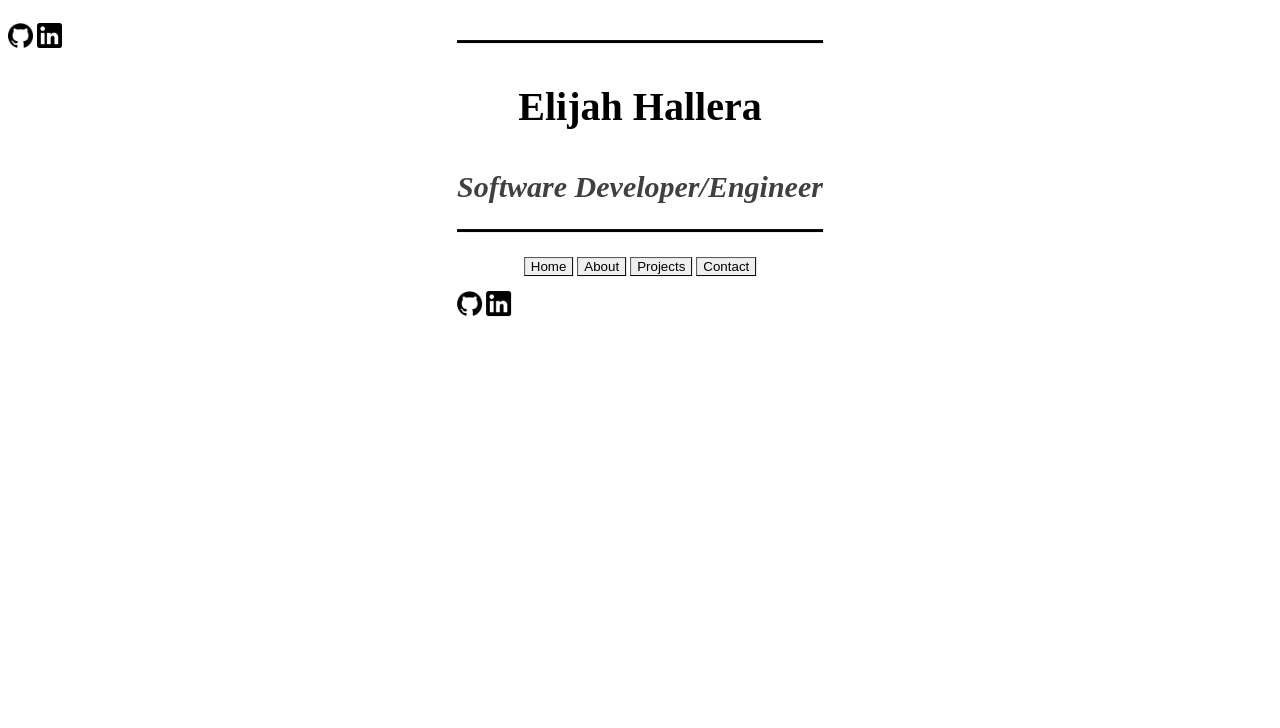
Repository: ElijahHallera/ElijahHallera.github.io
Page: http://localhost/
The author's editor kept a record of every edit. The page is drawn from the files as they stood at one moment, then again after the next edit.
The browser window is 1280 px wide. The pictures show the whole page.
The page is served by the project's Node server (index.js).

Above is the page before.

After the next edit:
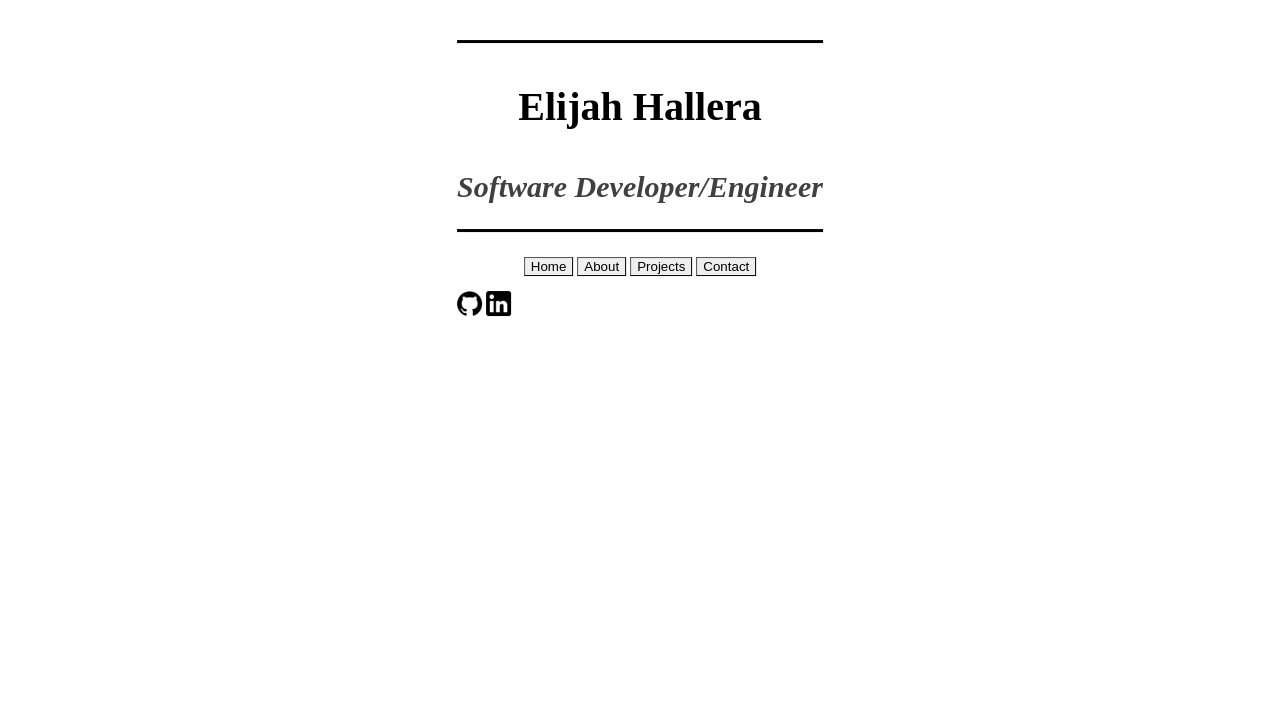
The edit:
--- a/views/Homepage.ejs
+++ b/views/Homepage.ejs
@@ -20,7 +20,4 @@
 
 	</div>
 
-	<a class="centered2"  href="https://github.com/ElijahHallera"> <img class="gitIcon" src="images/git2.png"></a>
-	<a class="centered3"  href="https://www.linkedin.com/in/elijah-hallera-892278199/"> <img class="linkedIcon" src="images/LinkedInLogo.png"></a>
-
 </div>

After the 2 edits that followed:
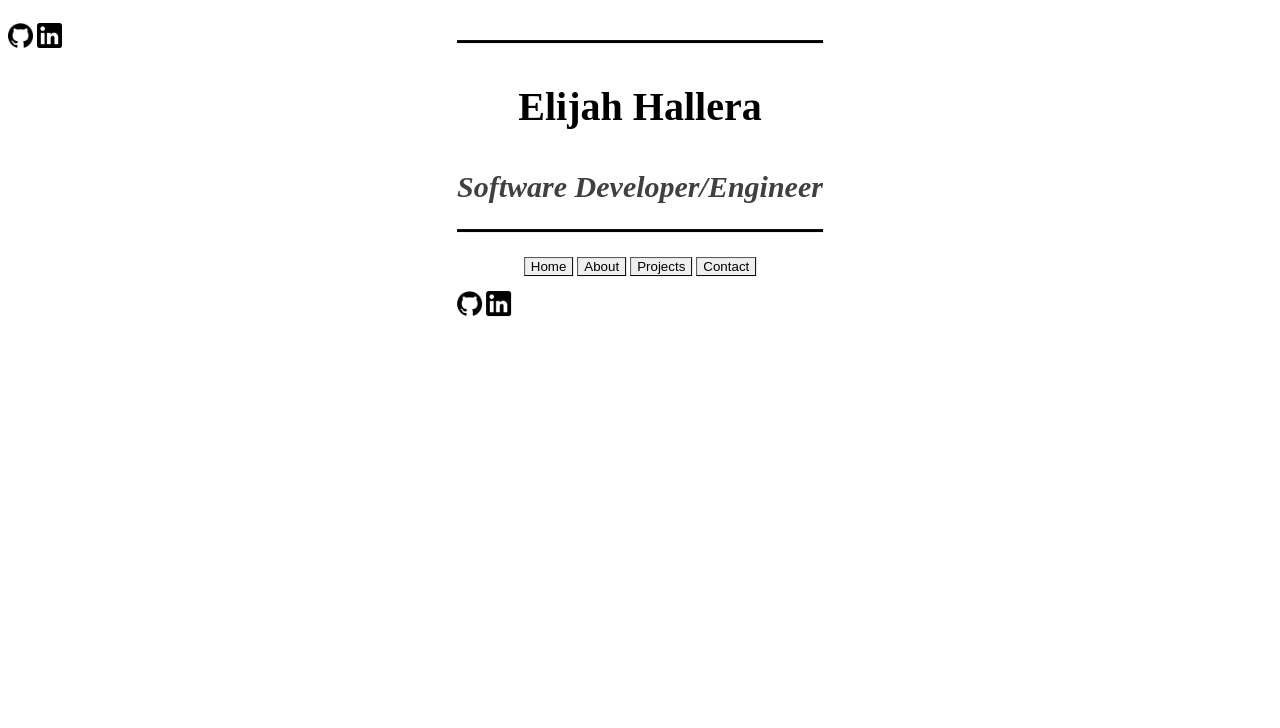
The 2 edits are shown as one change because 1 left the picture as it was.
The edit:
--- a/views/Homepage.ejs
+++ b/views/Homepage.ejs
@@ -15,9 +15,12 @@
 			<a href= "/contact"><button class="button btn btn-default"> Contact </button></a>
 		</nav>
 
-		<a class="centered2"  href="https://github.com/ElijahHallera"> <img class="gitIcon" src="images/git2.png"></a>
+	<a class="centered2"  href="https://github.com/ElijahHallera"> <img class="gitIcon" src="images/git2.png"></a>
 	<a class="centered3"  href="https://www.linkedin.com/in/elijah-hallera-892278199/"> <img class="linkedIcon" src="images/LinkedInLogo.png"></a>
 
 	</div>
 
+		<a class="centered2"  href="https://github.com/ElijahHallera"> <img class="gitIcon" src="images/git2.png"></a>
+	<a class="centered3"  href="https://www.linkedin.com/in/elijah-hallera-892278199/"> <img class="linkedIcon" src="images/LinkedInLogo.png"></a>
+
 </div>
